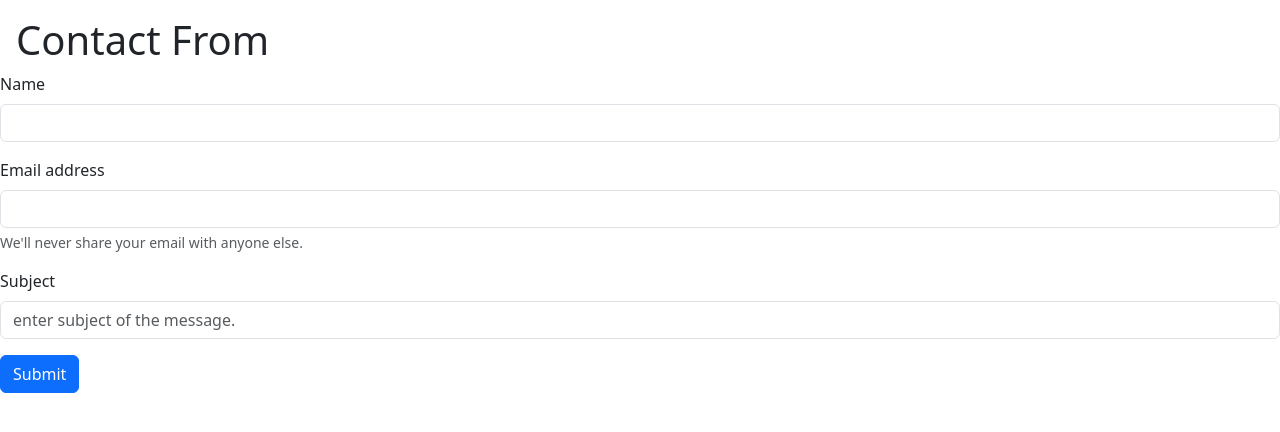
Repository: syni18/bootstrap_form
Page: index.html
The author's editor kept a copy of each file at every save. The page is drawn from the files as they stood at one save, then again after the next save.
The browser window is 1280 px wide. The pictures show the whole page.

Above is the page before, as saved 2023-10-26 15:32:00.

After the next save:
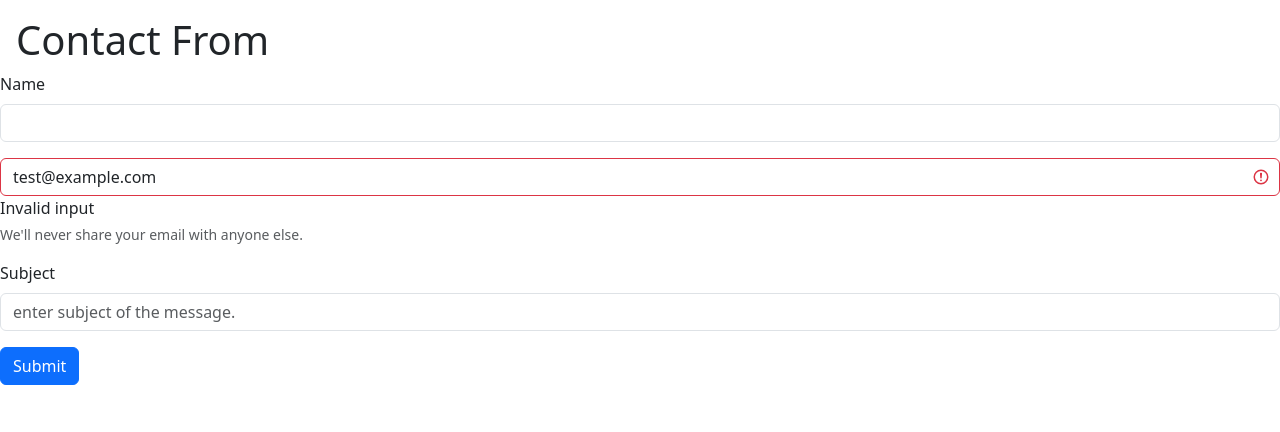
Saved 115 s later.
--- a/index.html
+++ b/index.html
@@ -14,8 +14,8 @@
     <input type="name" class="form-control" id="exampleInputName1" aria-describedby="NameHelp">
   </div>
   <div class="mb-3">
-    <label for="exampleInputEmail1" class="form-label">Email address</label>
-    <input type="email" class="form-control" id="exampleInputEmail1" aria-describedby="emailHelp">
+    <input type="email" class="form-control is-invalid" id="floatingInputInvalid" placeholder="name@example.com" value="test@example.com">
+  <label for="floatingInputInvalid">Invalid input</label>
     <div id="emailHelp" class="form-text">We'll never share your email with anyone else.</div>
   </div>
   <div class="mb-3">

After the save that followed:
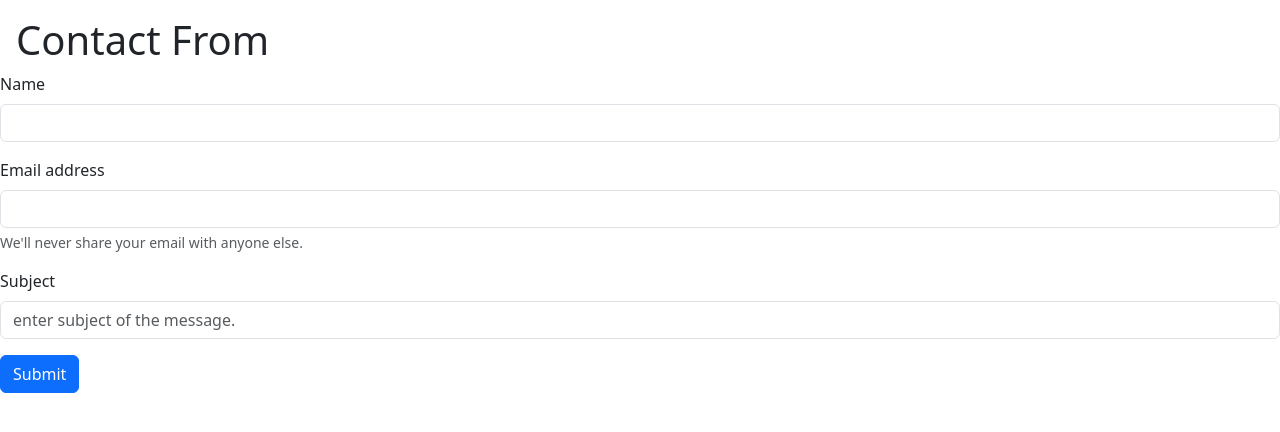
Saved 32 s later.
--- a/index.html
+++ b/index.html
@@ -14,8 +14,8 @@
     <input type="name" class="form-control" id="exampleInputName1" aria-describedby="NameHelp">
   </div>
   <div class="mb-3">
-    <input type="email" class="form-control is-invalid" id="floatingInputInvalid" placeholder="name@example.com" value="test@example.com">
-  <label for="floatingInputInvalid">Invalid input</label>
+    <label for="exampleInputEmail1" class="form-label">Email address</label>
+    <input type="email" class="form-control" id="exampleInputEmail1" aria-describedby="emailHelp">
     <div id="emailHelp" class="form-text">We'll never share your email with anyone else.</div>
   </div>
   <div class="mb-3">
